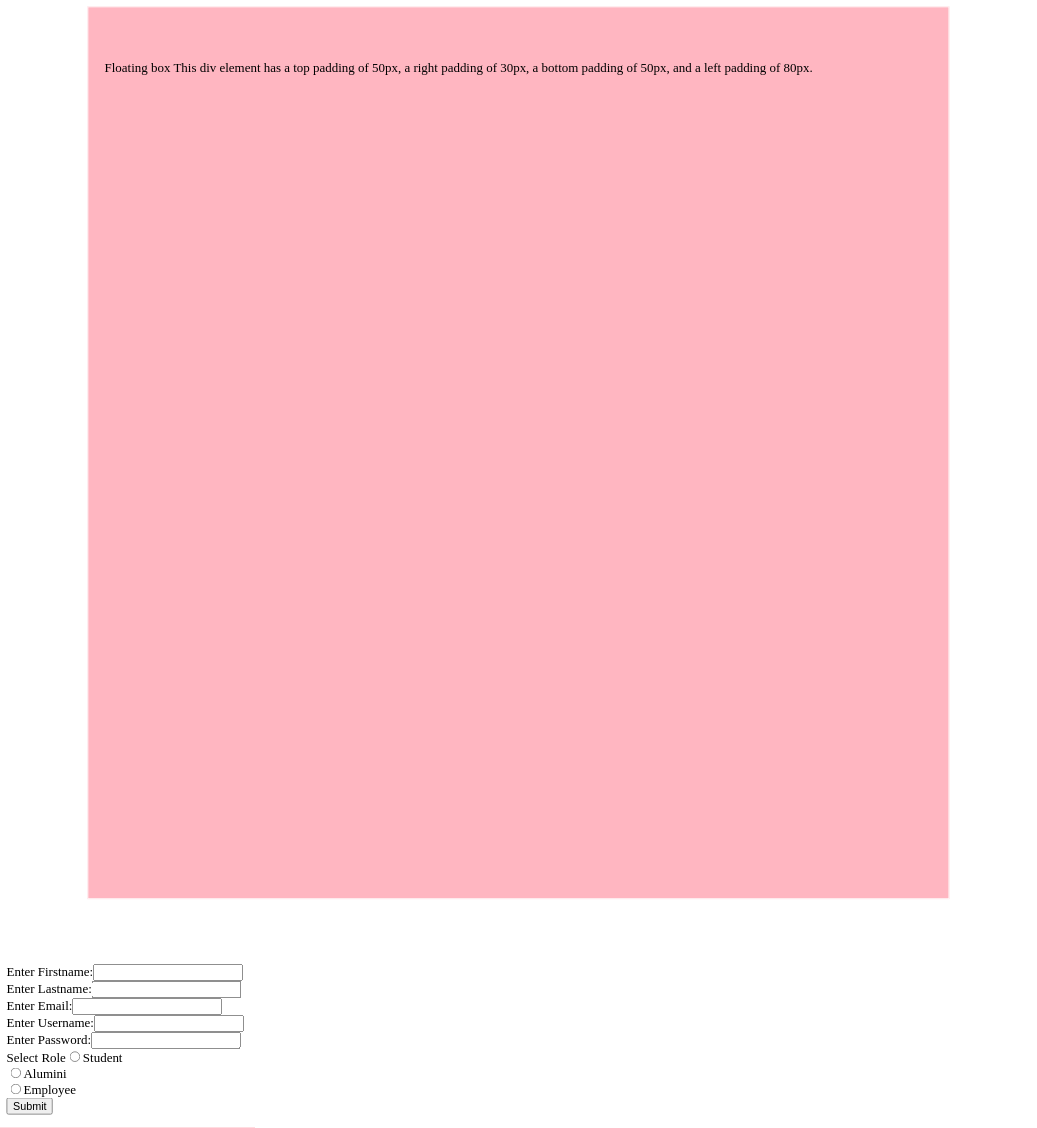
Repository: NeeleshPoojari/Project-2
Page: frontend_project2/WebContent/views/registrationform.html
An editor plug-in stored every save of this project. The page is shown before and after the next save, followed by the edit.
The browser window is 1280 px wide. The pictures show the whole page, at 81% of full size.

Above is the page before, as saved 2017-07-16 16:08:43.

After the next save:
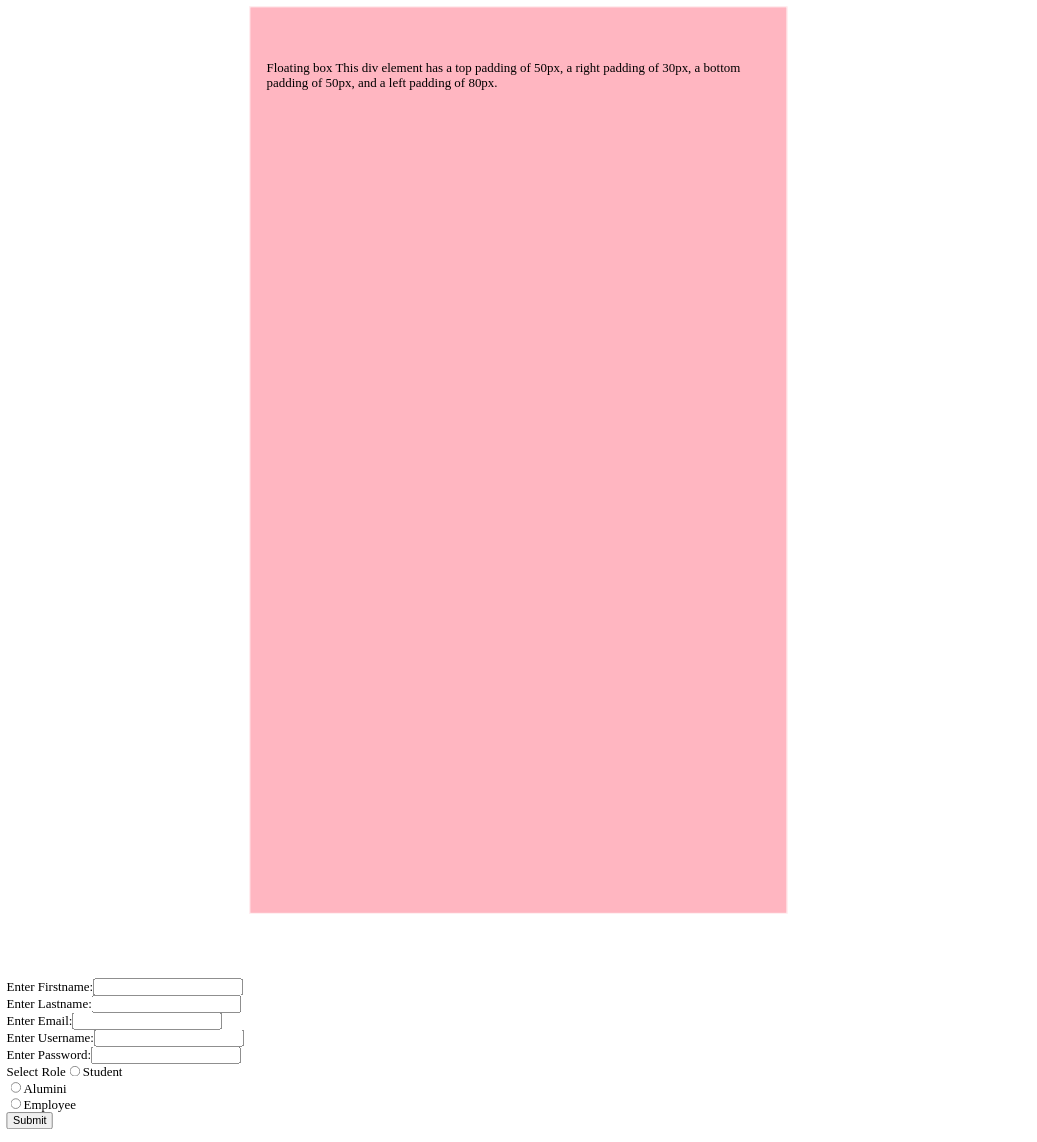
Saved 63 s later.
--- a/frontend_project2/WebContent/views/registrationform.html
+++ b/frontend_project2/WebContent/views/registrationform.html
@@ -6,8 +6,8 @@
     padding-right: 50px;
     padding-bottom: 1000px;
     padding-left: 20px;
-    margin-left:100px;
-    margin-right:100px;
+    margin-left:300px;
+    margin-right:300px;
 
 }
 </style>
